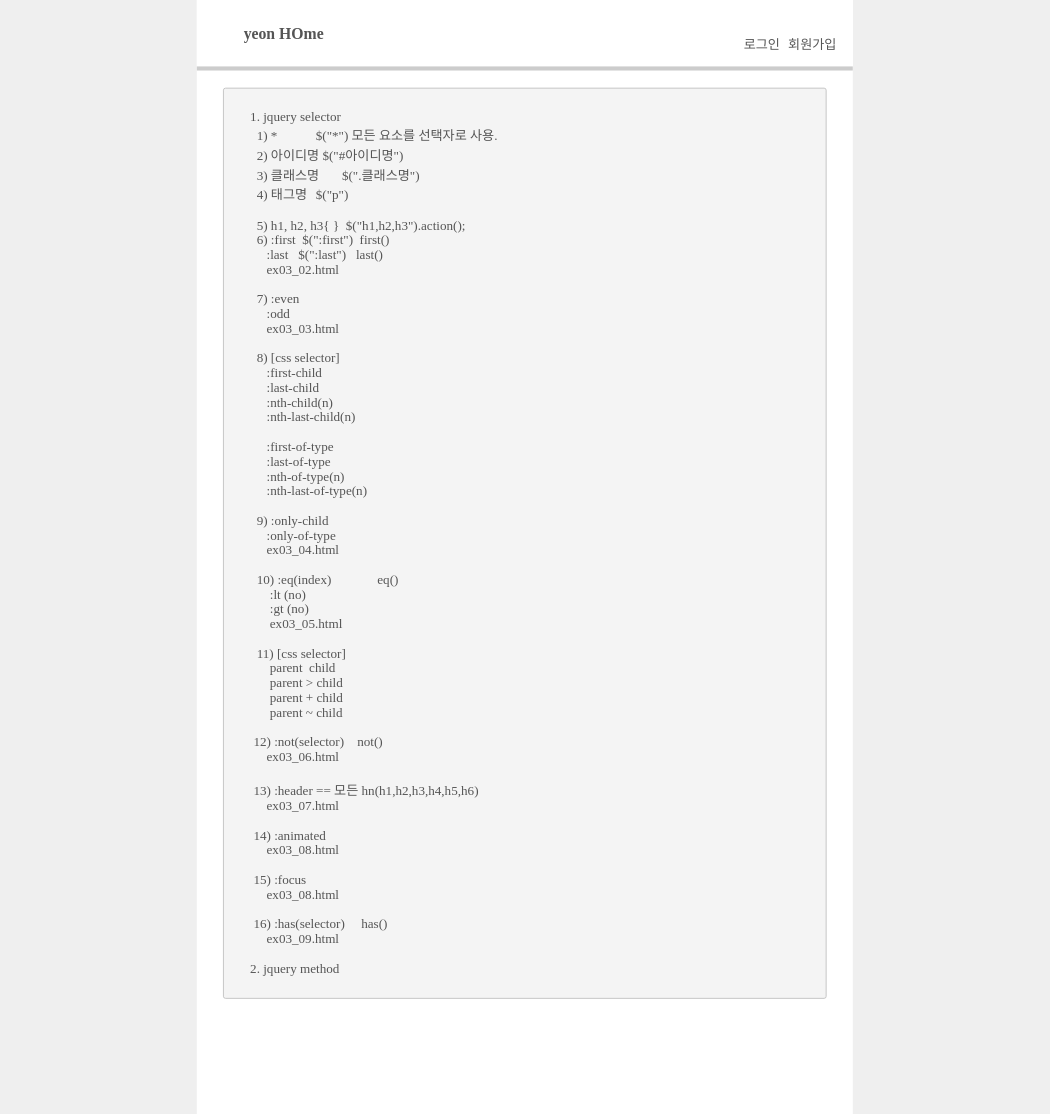
Repository: yeonhwa323/webPro
Page: webPro/src/main/webapp/jquery/days09/ex03.html
These files come from the project's save history. The page is drawn as it stood at one moment and after a run of saves; the edit follows.
The browser window is 1280 px wide. The pictures show the whole page, at 82% of full size.
Some web fonts or font styles are not loaded; a fallback is used.

Above is the page before, as saved 2024-04-17 02:53:00.

After the next 2 saves:
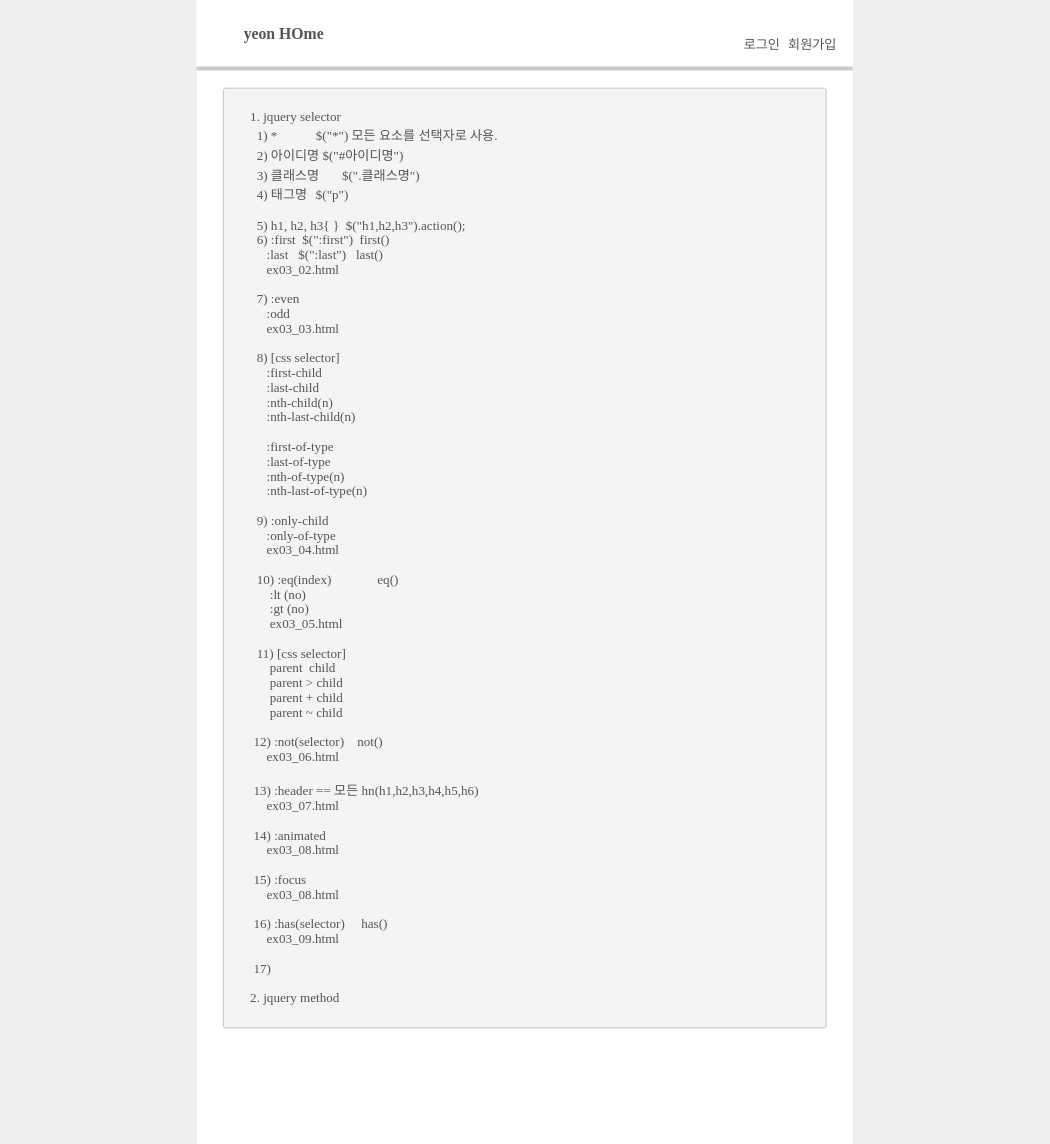
The 2 saves are shown as one change because they came seconds apart.
The last was saved 39 s later.
--- a/webPro/src/main/webapp/jquery/days09/ex03.html
+++ b/webPro/src/main/webapp/jquery/days09/ex03.html
@@ -80,6 +80,8 @@
      16) :has(selector)     has()
      	 ex03_09.html
 
+     17)
+
     2. jquery method
   </xmp>
 </div>
